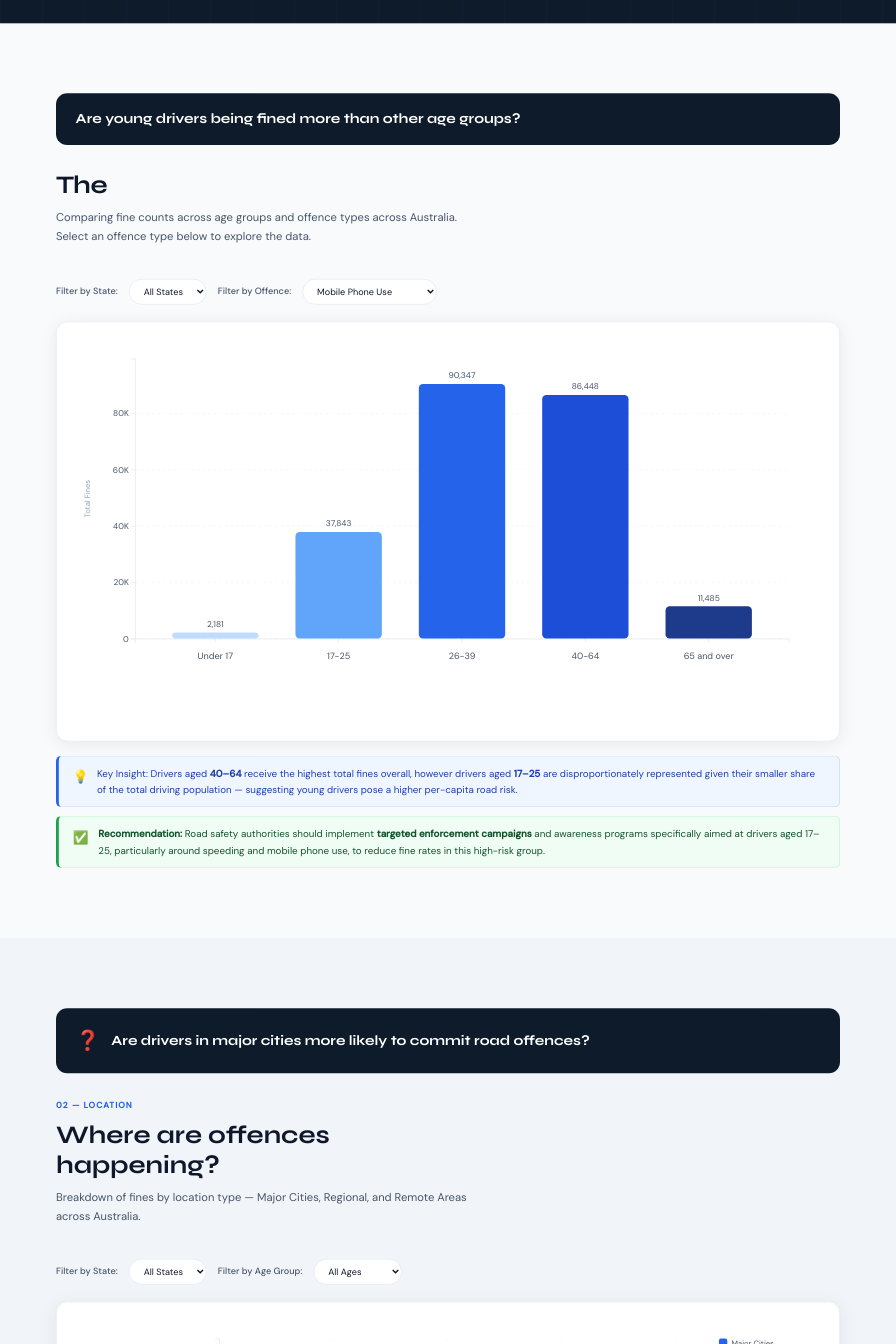
Repository: j26046183-hue/COS30045-GROUP-ASSIGNMENT
Page: index.html
These files come from the project's save history. The page is drawn as it stood at one moment and after the next save; the edit follows.
The browser window is 1280 px wide. The pictures show the part of the page from y = 866 to 2786 px (the page is 6625 px tall before and 6711 px after), at 70% of full size.

Above is the page before, as saved 2026-06-04 22:26:39.

After the next save:
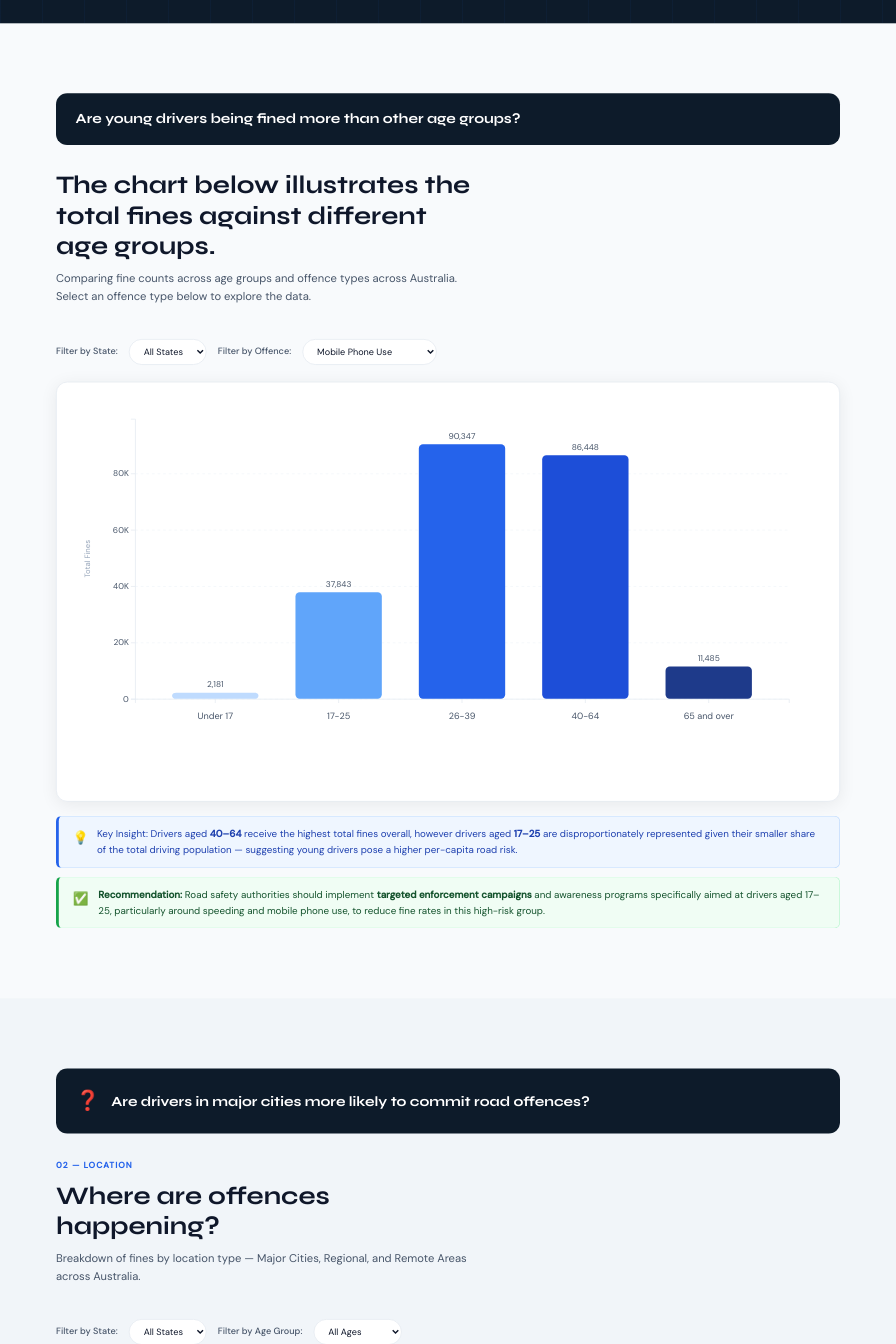
Saved 2 min 5 s later.
--- a/index.html
+++ b/index.html
@@ -63,7 +63,7 @@
         </div>
 
         <div class="section-header">
-            <h2>The </h2>
+            <h2>The chart below illustrates the total fines against different age groups.</h2>
             <p>Comparing fine counts across age groups and offence types across Australia. Select an offence type below to explore the data.</p>
         </div>
 
